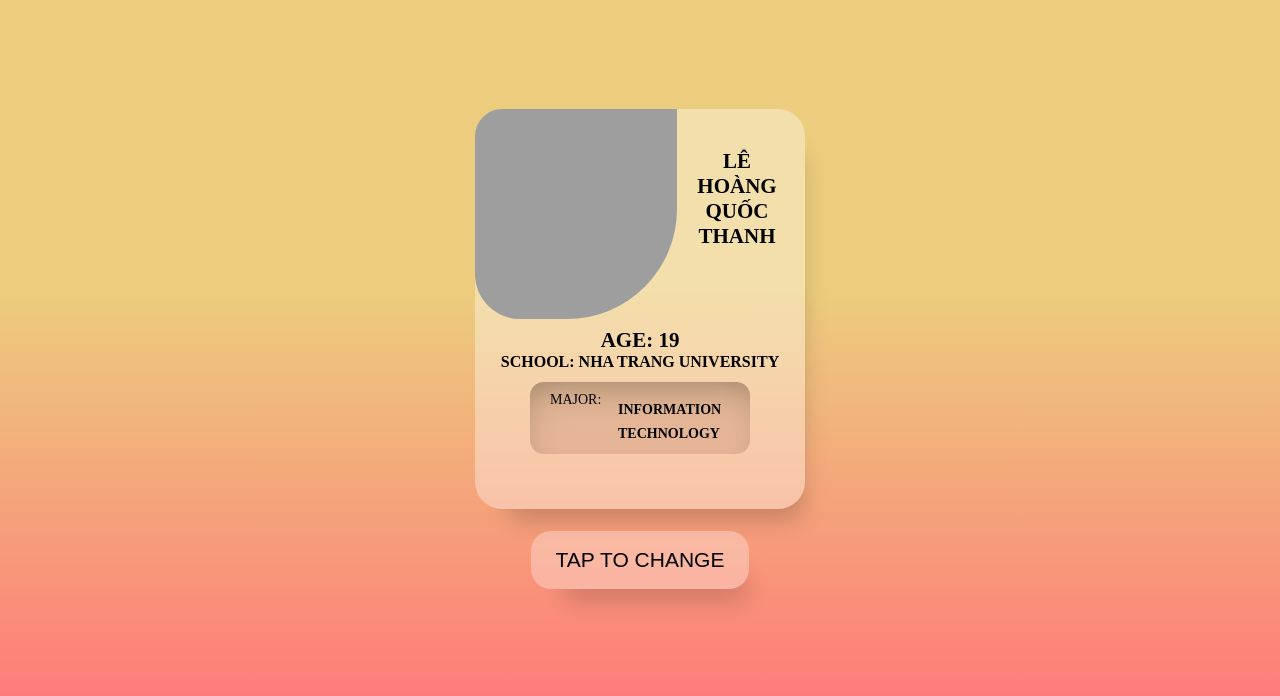
Repository: ThanhThn/profile
Page: index.html
An editor plug-in stored every save of this project. The page is shown before and after the next save, followed by the edit.
The browser window is 1280 px wide. The pictures show the whole page.
Pictures or frames that could not be fetched are drawn as grey boxes. Some web fonts or font styles are not loaded; a fallback is used.

Above is the page before, as saved 2022-12-05 20:35:21.
Console error: TypeError: btn.addEventListener is not a function

After the next save:
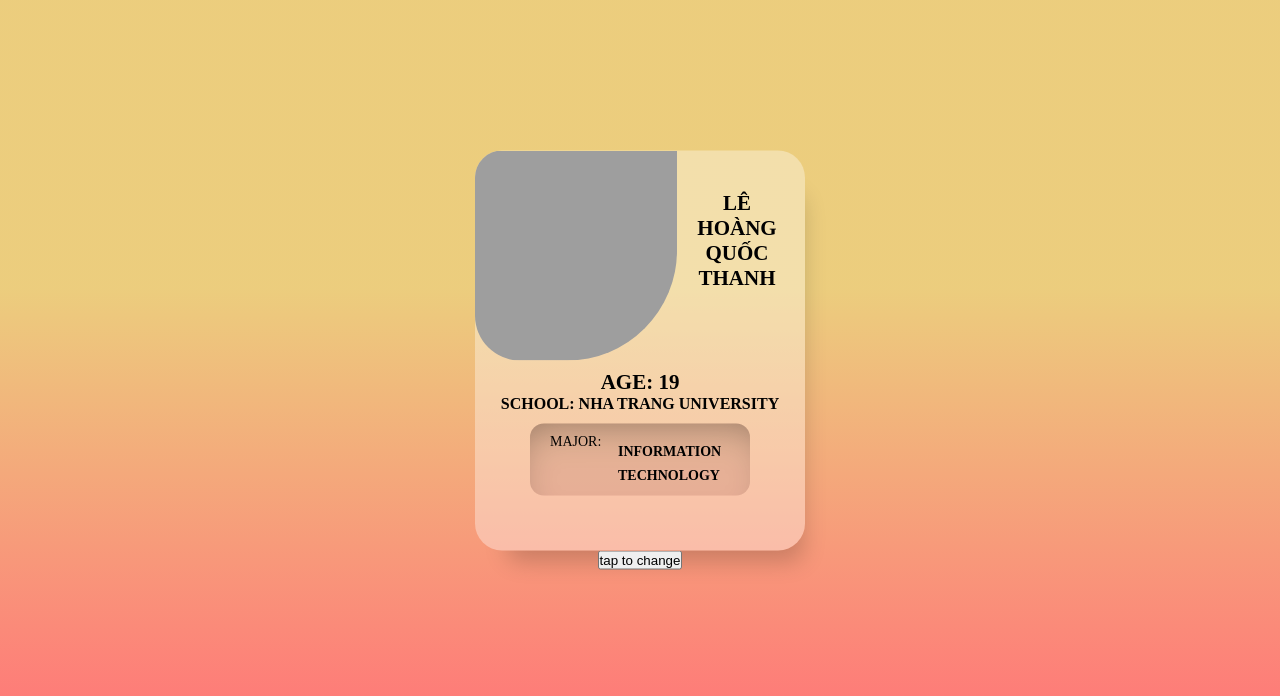
Saved 29 s later.
--- a/index.html
+++ b/index.html
@@ -19,7 +19,7 @@
                 <span id = "major--name">information technology</span>
             </div>
         </div>
-        <button class="btn">tap to change</button>
+        <button id="btn">tap to change</button>
     </div>
 
     <script>

After the save that followed:
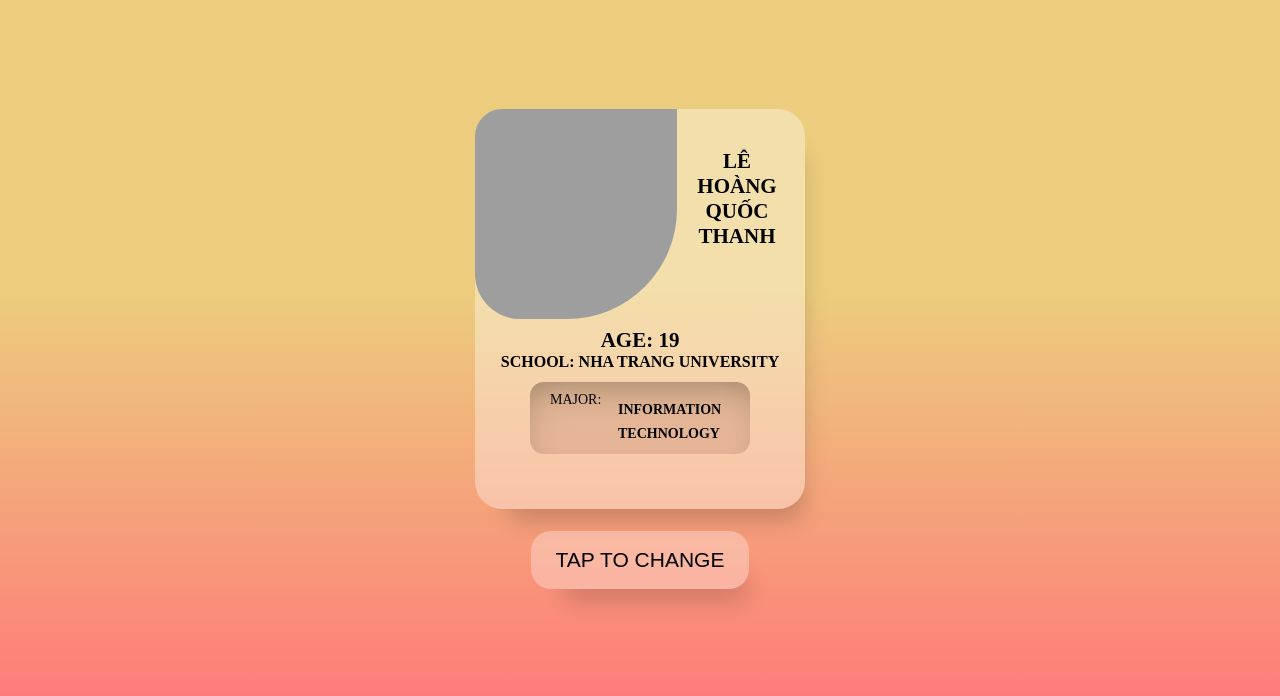
Saved 13 s later.
--- a/style.css
+++ b/style.css
@@ -93,7 +93,7 @@ span{
     font-size: 14px;
     line-height: 24px;
 }
-.btn{
+#btn{
     background: rgba(255, 255, 255, .3);
     width: 218px;
     height: 58px;
@@ -109,12 +109,12 @@ span{
 
 }
 
-.btn:hover {
+#btn:hover {
     box-shadow: rgba(0, 0, 0, .3) 2px 8px 8px -5px;
     transform: translate3d(0, 2px, 0);
 }
 
 
-.btn:focus {
+#btn:focus {
   box-shadow: rgba(0, 0, 0, .3) 2px 8px 4px -6px;
 }
